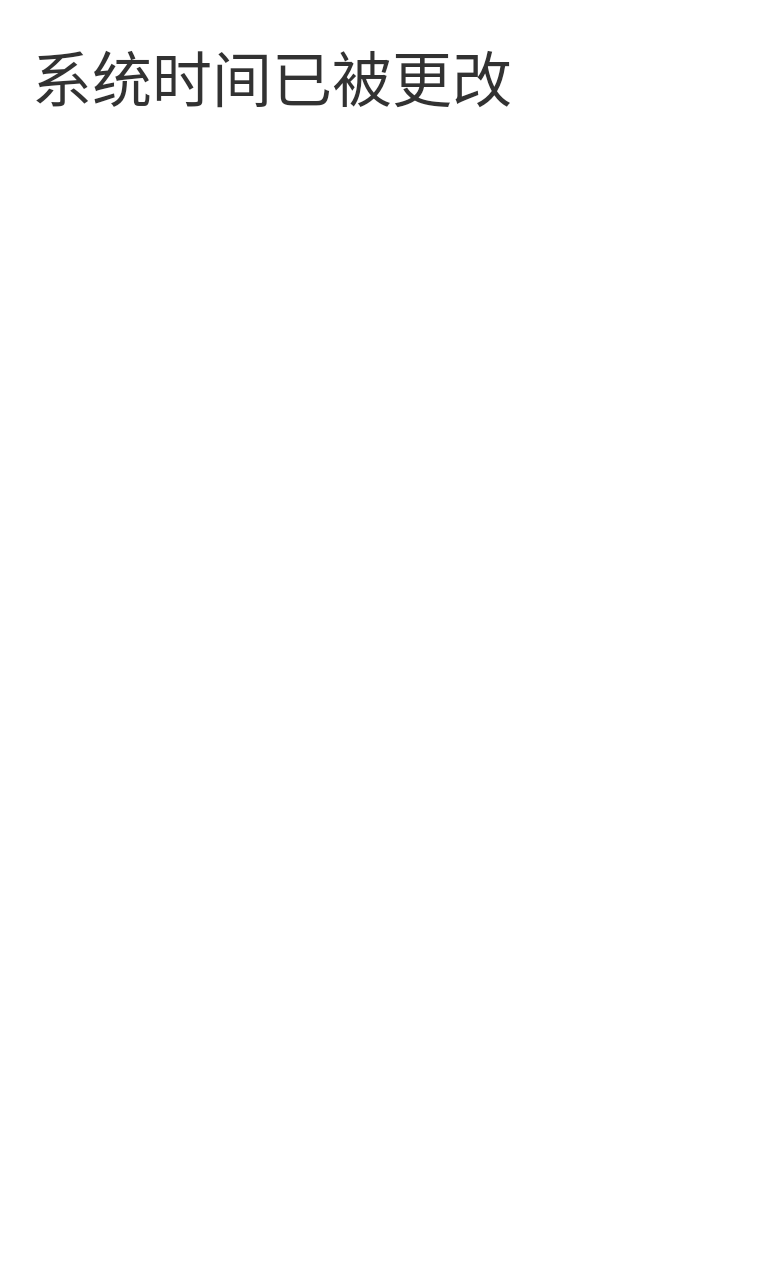
Repository: ShigerD/AndroidSample
Layout: Sample/Sample9_Broadcast_Service/BroadcastReceive/res/layout/activity_main.xml
The author's editor kept a copy of each file at every save. The layout is drawn from the files as they stood at one save, then again after the next save.
It is drawn on a 768 x 1280 px phone screen (xhdpi) without system bars, with theme AppTheme; the app's code is not run.

Above is the layout before, as saved 2016-10-22 07:21:49.

### Sample/Sample9_Broadcast_Service/BroadcastReceive/res/layout/activity_main.xml
<RelativeLayout xmlns:android="http://schemas.android.com/apk/res/android"
    xmlns:tools="http://schemas.android.com/tools"
    android:layout_width="fill_parent"
    android:layout_height="fill_parent"
    android:paddingBottom="@dimen/activity_vertical_margin"
    android:paddingLeft="@dimen/activity_horizontal_margin"
    android:paddingRight="@dimen/activity_horizontal_margin"
    android:paddingTop="@dimen/activity_vertical_margin"
    tools:context="com.example.broadcastreceive.MainActivity" >

    <TextView
        android:layout_width="wrap_content"
        android:layout_height="wrap_content"
        android:textSize="30sp"
        android:gravity="center"
        android:text="@string/myString" />

</RelativeLayout>

### Sample/Sample9_Broadcast_Service/BroadcastReceive/res/values/strings.xml
<?xml version="1.0" encoding="utf-8"?>
<resources>

    <string name="app_name">BroadcastReceive</string>
    <string name="hello_world">Hello world!</string>
    <string name="action_settings">Settings</string>
    <string name="myString">系统时间已被更改</string>
	<string name="myButton">确定</string>

</resources>

Loaded but not shown: Sample/Sample9_Broadcast_Service/BroadcastReceive/res/values/styles.xml (common file); Sample/Sample9_Broadcast_Service/BroadcastReceive/res/values-v11/styles.xml (common file); Sample/Sample9_Broadcast_Service/BroadcastReceive/res/values-v14/styles.xml (common file); Sample/Sample9_Broadcast_Service/BroadcastReceive/res/values/dimens.xml (common file); Sample/Sample9_Broadcast_Service/BroadcastReceive/res/values-w820dp/dimens.xml (common file)

After the next save:
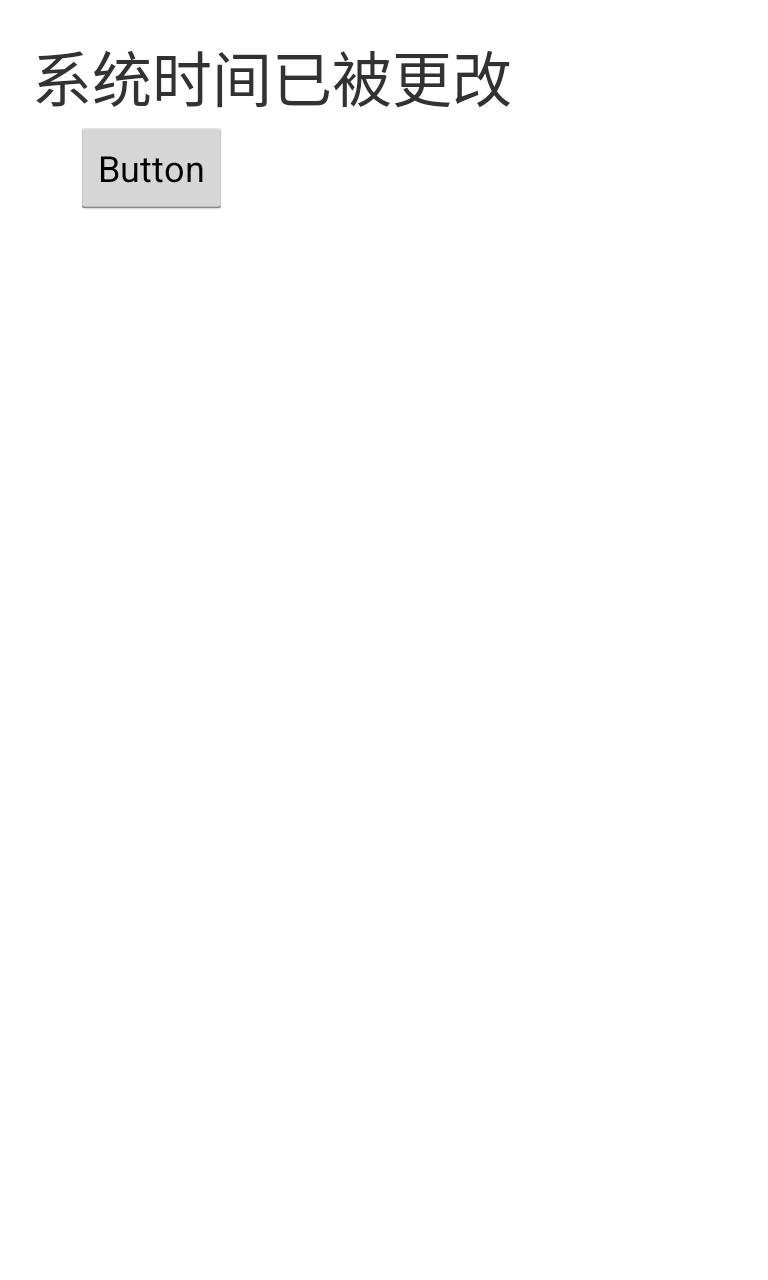
Saved 76 s later.
--- a/Sample/Sample9_Broadcast_Service/BroadcastReceive/res/layout/activity_main.xml
+++ b/Sample/Sample9_Broadcast_Service/BroadcastReceive/res/layout/activity_main.xml
@@ -9,10 +9,20 @@
     tools:context="com.example.broadcastreceive.MainActivity" >
 
     <TextView
+        android:id="@+id/textView1"
         android:layout_width="wrap_content"
         android:layout_height="wrap_content"
-        android:textSize="30sp"
         android:gravity="center"
-        android:text="@string/myString" />
+        android:text="@string/myString"
+        android:textSize="30sp" />
+
+    <Button
+        android:id="@+id/myButton"
+        android:layout_width="wrap_content"
+        android:layout_height="wrap_content"
+        android:layout_alignLeft="@+id/textView1"
+        android:layout_below="@+id/textView1"
+        android:layout_marginLeft="21dp"
+        android:text="Button" />
 
 </RelativeLayout>
